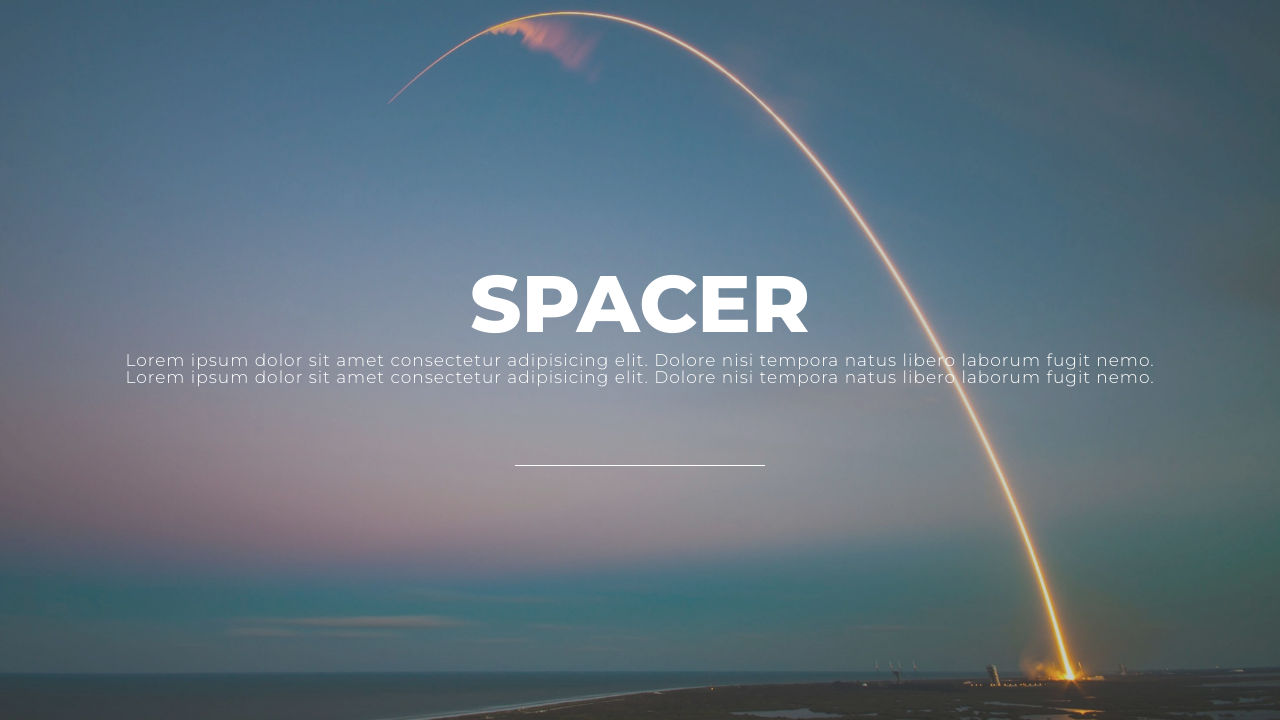
Repository: Trelefele/spacer-roman
Page: /
An editor plug-in stored every save of this project. The page is shown before and after the next save, followed by the edit.
The browser window is 1280 px wide. The pictures show the whole page.
The project was rebuilt for these pictures with package versions that can differ from the ones it lists, and the page was loaded fresh each time.

Above is the page before, as saved 2019-02-05 19:41:09.

### public/index.html
<!DOCTYPE html>
<html lang="en">
  <head>
    <meta charset="utf-8">
    <meta http-equiv="X-UA-Compatible" content="IE=edge">
    <meta name="viewport" content="width=device-width,initial-scale=1.0">
    <link rel="icon" href="<%= BASE_URL %>favicon.ico">
    <!-- <script src="https://unpkg.com/axios/dist/axios.min.js"></script> -->
    <title>spacer-roman</title>
  </head>
  <body>
    <noscript>
      <strong>We're sorry but spacer-roman doesn't work properly without JavaScript enabled. Please enable it to continue.</strong>
    </noscript>
    <div id="app"></div>
    <!-- built files will be auto injected -->
  </body>
</html>

### src/main.js
import Vue from 'vue';
import App from './App.vue';

Vue.config.productionTip = false;

new Vue({
  render(h) { return h(App); },
}).$mount('#app');

### src/App.vue
<template>
  <div class="app">
    <div class="wrapper">
    <HeroImage/>
    <Claim/>
    <SearchInput/>
  </div>
  </div>
</template>

<script>
import axios from 'axios';
import debounce from 'lodash.debounce';
import Claim from '@/components/Claim.vue';
import HeroImage from '@/components/HeroImage.vue';
import SearchInput from '@/components/SearchInput.vue';

const API = 'https://images-api.nasa.gov/search';

export default {
  name: 'App',
  components: {
    Claim,
    SearchInput,
    HeroImage
  },
  data() {
    return {
      searchValue: '',
      results: [],
    };
  },
  methods: {
    // eslint-disable-next-line
    handleInput: debounce(function(){
      axios.get(`${API}?q=${this.searchValue}&media_type=image`)
        .then((response) => {
          // this.results = response.data.collection.items;
          this.results = response.data.collection.items;
        })
        .catch((error) => {
          console.log(error);
        });
    }, 500),
  },
};
</script>

<style lang="scss" >
@import url('https://fonts.googleapis.com/css?family=Montserrat:300,400,600,800');

* {
  box-sizing: border-box;
  -webkit-font-smoothing: antialiased;
  -moz-asx-font-smoothing: antialiased;
  font-family: 'Montserrat', sans-serif;
  margin: 0;
  padding: 0;
}
.wrapper {
    margin: 0;
    width: 100%;
    min-height: 100vh;
    padding: 30px;
    display: flex;
    flex-direction: column;
    align-items: center;
    justify-content: center;
}
</style>

### src/components/Claim.vue
<template>
  <div class="claimWrapper">
    <h1 class="claim">SPACER</h1>
    <p class="subclaim">
      Lorem ipsum dolor sit amet consectetur adipisicing elit.
      Dolore nisi tempora natus libero laborum fugit nemo.
    </p>
    <p class="subclaim">
      Lorem ipsum dolor sit amet consectetur adipisicing elit.
      Dolore nisi tempora natus libero laborum fugit nemo.
    </p>
  </div>
</template>

<script>
export default {
  name: "Claim"
};
</script>

<style lang="scss" scoped>
.claimWrapper {
  display: flex;
  flex-direction: column;
  justify-content: center;
  align-items: center;
  color: white;
  margin: 0;
}

.claim {
  font-size: 50px;
  margin: 0;

    @media (min-width: 768px) {
        font-size: 80px;
    }
}

.subclaim {
  padding: 0 0 0 0;
  font-size: 13px;
  font-weight: 300;

    @media (min-width: 768px) {
        font-size: 17px;
        line-height: 1;
        letter-spacing: 1px;
    }
}
</style>

### src/components/HeroImage.vue
<template>
    <div class="heroImage"/>
</template>

<script>
export default {
    name: "HeroImage"
}
</script>

<style lang="scss" scoped>
.heroImage{
    position: fixed;
    top: 0;
    z-index: -1;
    width: 100%;
    height: 100vh;
    background-image: url('../assets/heroimage.jpg');
    background-repeat: no-repeat;
    background-size: cover;
    background-position: 80%, 0%;
}
.heroImage::after {
    content: '';
    background: rgba(0,0,0, .2);
    position: absolute;
    top: 0;
    left: 0;
    z-index: 1;
    width: 100%;
    height: 100vh;
}
</style>

### src/components/SearchInput.vue
<template>
  <input
    id="search"
    name="search"
    :class="{ dark }"
    @input="handleChange"
  />
</template>
<script>
export default {
  name: 'SearchInput',
  props: {
    // value: {
    //   type: String,
    //   required: true,
    // },
    dark: {
      type: Boolean,
      default: false,
    },
  },
  methods: {
    handleChange(e) {
      this.$emit('input', e.target.value);
    },
  },
};
</script>
<style lang="scss" scoped>
  input {
    margin-top: 50px;
    display: flex;
    width: 250px;
    color: white;
    text-align: center;
    font-size: 18px;
    font-weight: 300;
    height: 30px;
    border: 0;
    background: none;
    border-bottom: 1px solid white;
    transition: box-shadow .3s ease-out;

    @media (min-width: 1024px) {
      font-weight: 400;
    }
  }

  input:focus {
    outline: none;
    box-shadow: 0 10px 20px -8px rgba(255,255,255, .5);
  }

  .dark {
    color: #1e3d4a;
    border-bottom-color: #1e3d4a;
  }

  .dark:focus {
    box-shadow: 0 10px 20px -8px rgba(#1e3d4a, .2);
  }
</style>

After the next save:
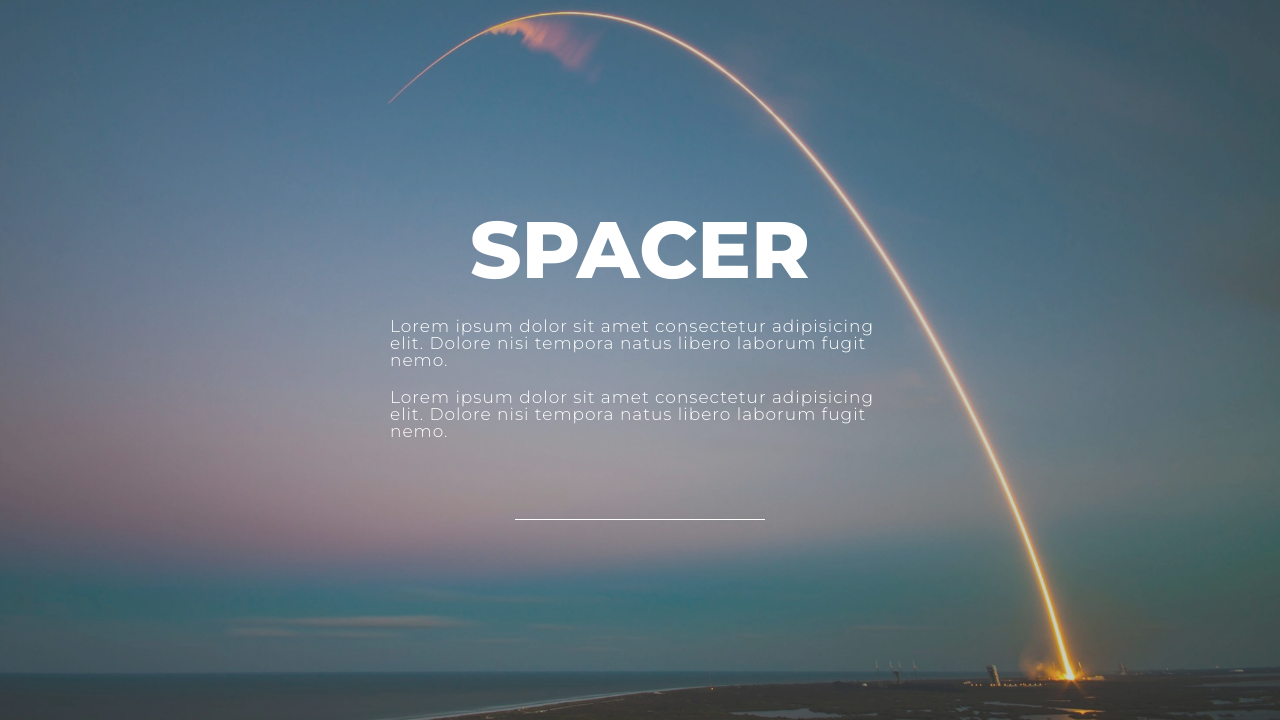
Saved 43 s later.
--- a/src/components/Claim.vue
+++ b/src/components/Claim.vue
@@ -38,7 +38,8 @@ export default {
 }
 
 .subclaim {
-  padding: 0 0 0 0;
+  margin: 20px 0 0 0;
+  width: 500px;
   font-size: 13px;
   font-weight: 300;
 
